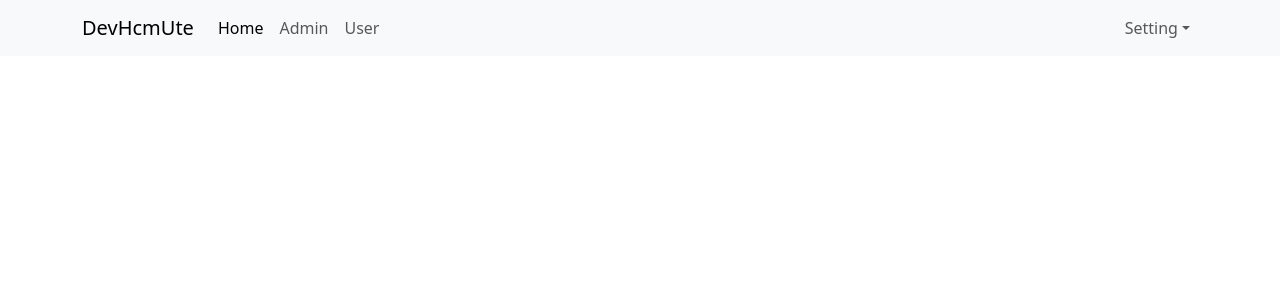
Repository: nnbxxx/React-Untimate
Page: /
The author's editor kept a copy of each file at every save. The page is drawn from the files as they stood at one save, then again after the next save.
The browser window is 1280 px wide. The pictures show the whole page.
The project was rebuilt for these pictures with package versions that can differ from the ones it lists, and the page was loaded fresh each time. Also part of the build but not shown: src/components/User/User.js, src/components/Admin/Admin.js.

Above is the page before, as saved 2023-04-11 17:00:27.

After the next save:
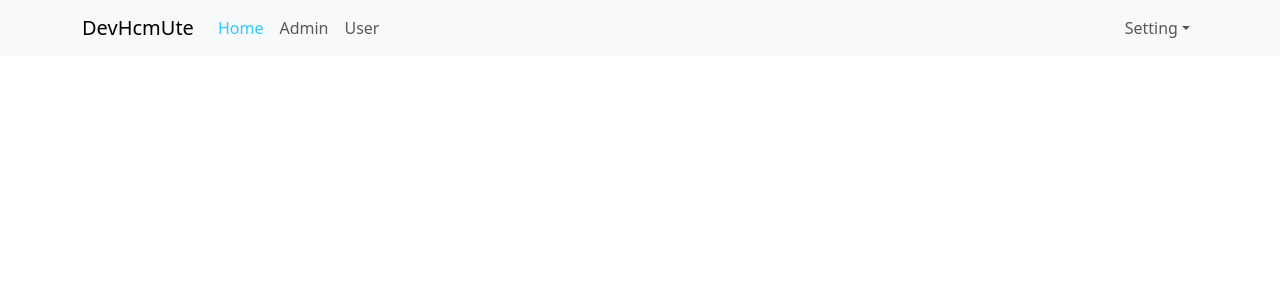
Saved 92 s later.
--- a/src/App.scss
+++ b/src/App.scss
@@ -7,3 +7,10 @@ body {
   -webkit-font-smoothing: antialiased;
   -moz-osx-font-smoothing: grayscale;
 }
+.app-container {
+  .header-container {
+    .navbar-nav .nav-link.active {
+      color: #2cccff;
+    }
+  }
+}
